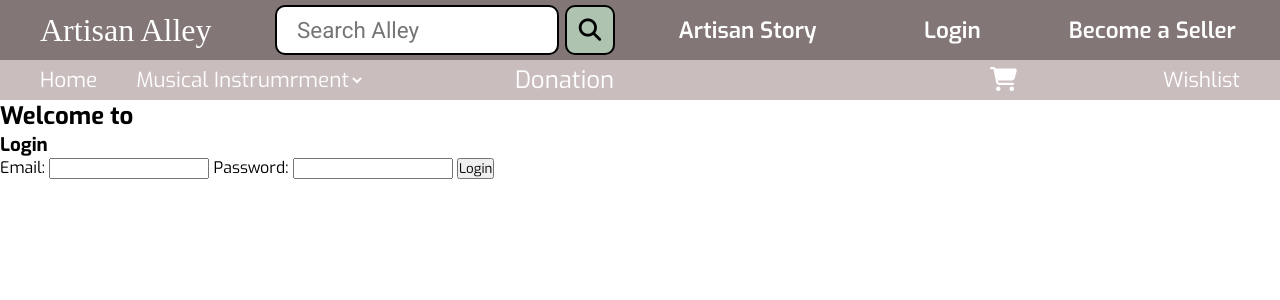
Repository: RingkhangBTY/Bytehacks_Hackathon_Project
Page: donation.html
The author's editor kept a copy of each file at every save. The page is drawn from the files as they stood at one save, then again after the next save.
The browser window is 1280 px wide. The pictures show the whole page.
Some web fonts or font styles are not loaded; a fallback is used.

Above is the page before, as saved 2024-11-27 10:23:24.

### donation.html
<!DOCTYPE html>
<html lang="en">
<head>
    <meta charset="UTF-8">
    <meta name="viewport" content="width=device-width, initial-scale=1.0">
    <title>Document</title>
    <link
      rel="stylesheet"
      href="https://cdnjs.cloudflare.com/ajax/libs/font-awesome/6.7.1/css/all.min.css"
      integrity="sha512-5Hs3dF2AEPkpNAR7UiOHba+lRSJNeM2ECkwxUIxC1Q/FLycGTbNapWXB4tP889k5T5Ju8fs4b1P5z/iB4nMfSQ=="
      crossorigin="anonymous"
      referrerpolicy="no-referrer"
    />
    <link rel="stylesheet" href="style.css">
</head>
<body>
    <header>
        <div class="split-div">
            <div class="half half-top">
              <a href="index.html" class="logo">Artisan Alley</a>

              <div class="searchdiv">
                <input
                  type="text"
                  placeholder="Search Alley"
                  class="searchbar"
                  id=""
                />

                <div class="search-icon">
                  <button class="alley-search">
                    <i class="fa-solid fa-magnifying-glass"></i>
                  </button>
                </div>
              </div>

              <div class="artisan-story">
                <a href="artisan-story.html" class="story" id="">Artisan Story</a>
              </div>

              <div class="login-and-seller">
                <a href="login/login.html" class="account-login login" id="">Login</a>
                <a href="" class="seller-login login" id="">Become a Seller</a>
              </div>
            </div>

            <div class="half half-bottom">
              <div class="home-and-categories nav2">
                <a href="index.html" class="home">Home</a>

                <label for="categories"></label>
                <select id="categories" class="categories">
                  <option value="" disabled selected>Categories</option>
                  <option value="" selected>Painting</option>
                  <option value="" selected>Sculpture</option>
                  <option value="" selected>Drawing</option>
                  <option value="" selected>Handcraft</option>
                  <option value="" selected>Musical Instrumrment</option>
                </select>
              </div>

              <div class="donation-container nav2">
                <a class="donation" href="donation.html">Donation</a>
              </div>

              <div class="cart-wishlist nav2">
                <a href="index.html" class="cart" id=""
                  ><i class="fa-solid fa-cart-shopping"></i
                ></a>

                <button class="wishlist" id="">Wishlist</button>
              </div>
            </div>
          </div>
    </header>

    <main>
        <div class="donation-container">
            <h2>Welcome to </h2>
            <form id="Login from">
                <h3>Login</h3>
                <label for="email">Email:</label>
                <input type="email" id="email" name="Email" required>

                <label for="password">Password:</label>
                <input type="password" id="password" name="Password" required>

                <button type="submit">Login</button>
            </form>
        </div>
    </main>
</body>
</html>

### style.css
@import url("https://fonts.googleapis.com/css2?family=Roboto:ital,wght@0,100;0,300;0,400;0,500;0,700;0,900;1,100;1,300;1,400;1,500;1,700;1,900&display=swap");
@import url("https://fonts.googleapis.com/css2?family=Edu+AU+VIC+WA+NT+Pre:wght@400..700&display=swap");
@import url("https://fonts.googleapis.com/css2?family=Exo:ital,wght@0,100..900;1,100..900&display=swap");

* {
  margin: 0;
  padding: 0;
  box-sizing: border-box;
  font-family: Exo;
}

body {
  header {
    .split-div {
      width: 100%;
      height: 30%;

      .half {
        width: 100%;
      }

      .half-top {
        background-color: #827676;
        height: 70%;
        display: flex;
        justify-content: space-between;
        align-items: center;

        .logo {
          text-decoration: none;
          color: white;
          font-size: 2rem;
          font-family: Edu AU VIC WA NT Pre, cursive;
          font-weight: 500;
          margin-left: 40px;
        }

        .searchdiv {
          display: flex;

          .searchbar {
            height: 50px;
            width: 100%;
            border: black 2px solid;
            outline: none;
            border-radius: 10px;
            padding-left: 20px;
            font-size: 1.4rem;
            font-family: Roboto;
            margin-right: 5px;
          }

          .alley-search {
            display: flex;
            justify-content: center;
            align-items: center;
            width: 50px;
            height: 50px;
            background-color: #aec3b0;
            border: 2px black solid;
            margin-left: 1px;
            border-radius: 10px;
            cursor: pointer;

            i {
              color: black;
              font-size: 1.4rem;
            }
          }
        }

        .artisan-story .story{
          color: white;
          font-size: 1.4rem;
          text-decoration: none;
          font-family: Exo;
          font-weight: 600;
        }

        .login-and-seller {
          height: 60px;
          width: 400px;
          display: flex;
          justify-content: space-around;
          align-items: center;
        }

        .login-and-seller .login {
          color: white;
          font-size: 1.4rem;
          text-decoration: none;
          font-family: Exo;
          font-weight: 600;
        }
      }

      .half-bottom {
        background-color: #cabdbd;
        height: 30%;
        display: flex;
        justify-content: space-between;
        align-items: center;

        .nav2 {
          height: 40px;
          width: 250px;
          display: flex;
          justify-content: space-between;
          align-items: center;
          margin-left: 40px;
          margin-right: 40px;

          .home {
            text-decoration: none;
            color: white;
            margin-right: 10%;
            font-size: 1.3rem;
          }

          .categories {
            height: 100%;
            padding-left: 10px;
            text-align: center;
            border: none;
            background: transparent;
            border-radius: 5px;
            outline: none;
            font-size: 1.3rem;
            color: #fdfdfd;
            cursor: pointer;
          }
          .categories option[selected]{
            margin-left: 20px;
            background-color: #e6f7ff;
            color: #2a2828;
          }

          .donation{
            display: block;
            text-decoration: none;
            font-size: 1.5rem;
            color: white;
          }

          .cart {
            text-decoration: none;
            font-size: 1.5rem;
            color: white;
          }

          .wishlist {
            height: 100%;
            border-radius: 5px;
            background: transparent;
            border: none;
            outline: none;
            font-size: 1.3rem;
            color: white;
          }
        }
      }
    }
  }
}

.products{
  display: flex;
  gap: 10px;
  margin: 10px;
}

.left-container,.middle-container,.right-container{
  display: flex;
  border-radius: 5px;
  padding: 5px;
  padding-top: 10px;
  width: auto;
}
.left-container{
  padding-left: 17%;
}
.right-container{
  padding-right: 17%;
}
.grid-layout{
  display: grid;
  grid-template-rows: auto ;
  gap: 10px;
}
.grid-item{
  background-color: antiquewhite;
  border: 1px solid #ccc;
  width: 100%;
  border-radius: 5px;
  text-align: center;
  padding: 10px;
  padding-bottom: 10px;
}
.grid-item img{
  width: 100%;
  height: auto;
  border-radius: 5px;
}
.grid-item p{
  font-size: large;
  font-family: Cambria, Cochin, Georgia, Times, 'Times New Roman', serif;
  margin-bottom: 5%;
}

footer{
  background-color: #827676;
    color: #fff;
    padding: 20px 40px;
    text-align: center;
}

.footer-container{
  display: flex;
  justify-content: space-between;
  flex-wrap: wrap;
    gap: 40px;
    max-width: 1200px;
    margin: 0 auto;
    padding-left: 20%;
    padding-right: 20%;
}

.imfo-container{
  display: flex;
    flex-direction: column;
    align-items: center;
    gap: 10px;
}

.imfo-container h6{
  display: flex;
  flex-direction: column;
  font-size: 1rem;
  line-height: 1.6rem;
  display: flex;
  flex-direction: column;
  align-items: center;
  color: #ddd;
  margin: 10px auto;
}
.imfo-container  p, .imfo-container a{
  font-size: 1rem;
  line-height: 1.6rem;
  color: #ddd;
  text-decoration: none;
  display: block;
}

After the next save:
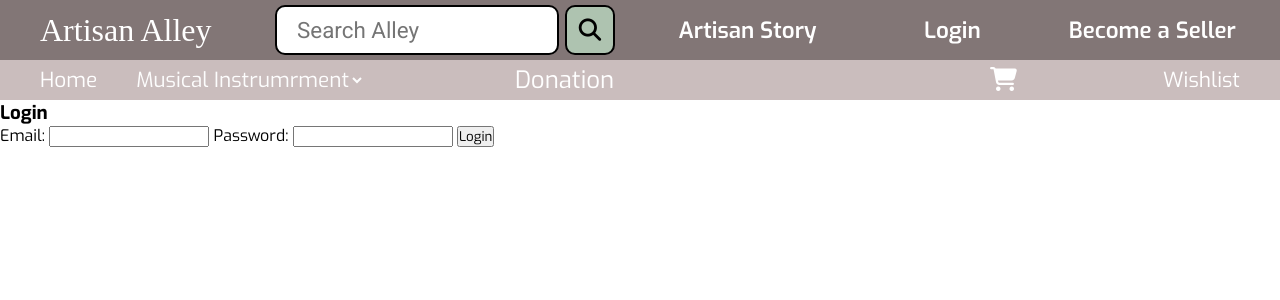
Saved 20 s later.
--- a/donation.html
+++ b/donation.html
@@ -76,7 +76,7 @@
 
     <main>
         <div class="donation-container">
-            <h2>Welcome to </h2>
+            <!-- <h2>Welcome to </h2> -->
             <form id="Login from">
                 <h3>Login</h3>
                 <label for="email">Email:</label>
